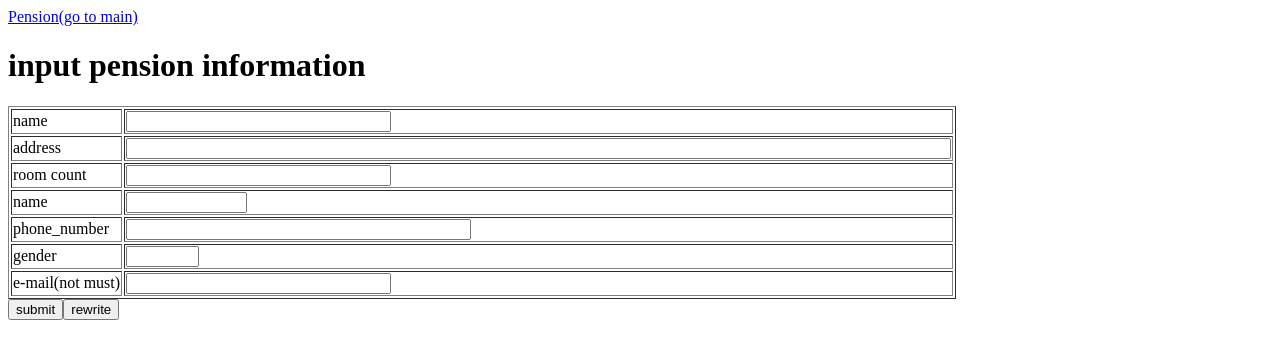
Repository: spero-spera/termproject
Page: http://localhost/pension/pension.php
The author's editor kept a record of every edit. The page is drawn from the files as they stood at one moment, then again after the next edit.
The browser window is 1280 px wide. The pictures show the whole page.
The page is run by PHP 8.4 with error messages shown; the project is at /var/www/html/.

Above is the page before.

### pension/pension.php
<div id="home"><a href="../index.php">Pension(go to main)</a></div>

<doctype html>

<html>
<head>
<title>pension add page</title>
</head>
<body>
<form name="add" method="post" action="pension_add.php">
 <h1>input pension information</h1>
 <table border="1">
  <tr>
   <td>name</td>
   <td><input type="text" size="30" name="name"></td>
  </tr>
  <tr>
   <td>address</td>
   <td><input type="text" size="100" name="address"></td>
  </tr>
  <tr>
   <td>room count</td>
   <td><input type="text" size="30" name="count"></td>
  </tr>
  <tr>
   <td>name</td>
   <td><input type="text" size="12" maxlength="20" name="name"></td>
  </tr>
  <tr>
   <td>phone_number</td>
   <td><input type="text" size="40" name="phone"></td>
  </tr>
  <tr>
   <td>gender</td>
   <td><input type="text" size="6" maxlength="6" name="gender"></td>
  </tr>
  <tr>
   <td>e-mail(not must)</td>
   <td><input type="text" size="30" name="email"></td>
  </tr>
 </table>
 <input type=submit value="submit"><input type=reset value="rewrite">
</form>
</body>
</html>

After the next edit:
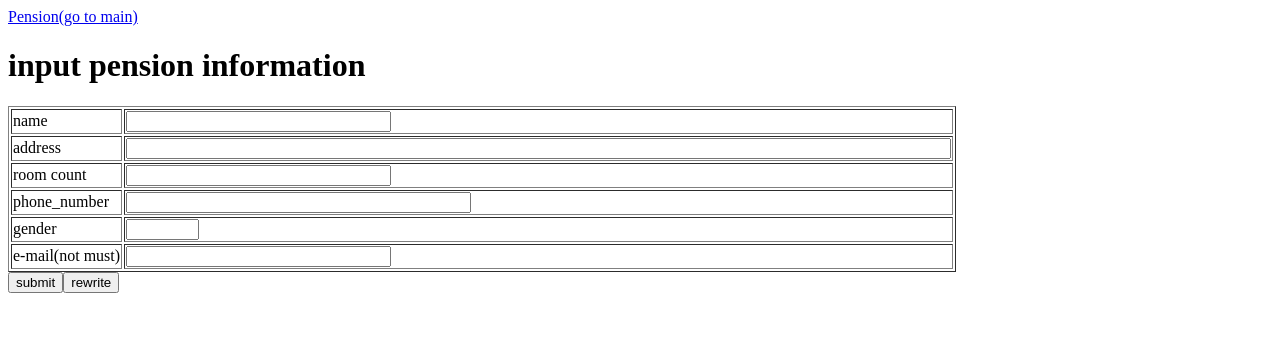
The edit:
--- a/pension/pension.php
+++ b/pension/pension.php
@@ -23,10 +23,6 @@
    <td><input type="text" size="30" name="count"></td>
   </tr>
   <tr>
-   <td>name</td>
-   <td><input type="text" size="12" maxlength="20" name="name"></td>
-  </tr>
-  <tr>
    <td>phone_number</td>
    <td><input type="text" size="40" name="phone"></td>
   </tr>
